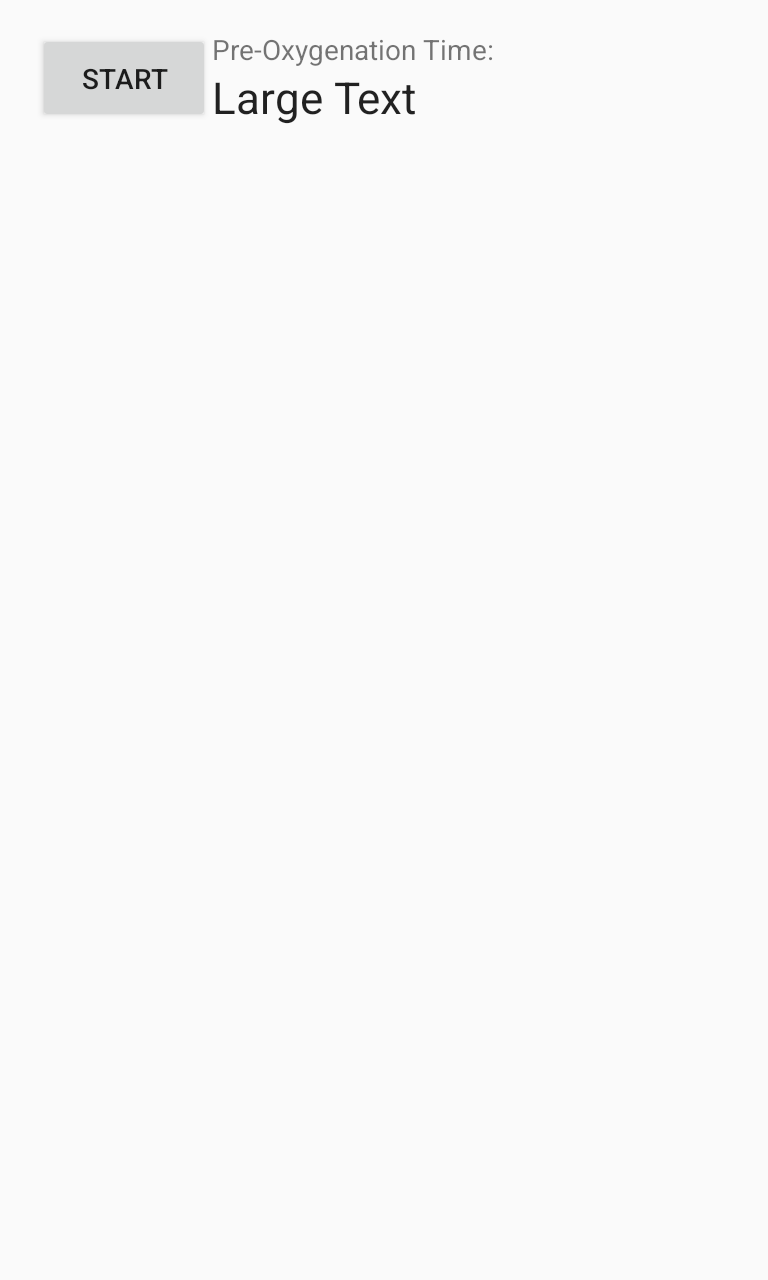
Repository: bentaylor42/RSIReady
Layout: RSIReady/res/layout/fragment_preo2_clock.xml
The author's editor kept a copy of each file at every save. The layout is drawn from the files as they stood at one save, then again after the next save.
It is drawn on a 768 x 1280 px phone screen (xhdpi) without system bars, with theme AppTheme; the app's code is not run.

Above is the layout before, as saved 2014-08-10 14:23:32.

After the next save:
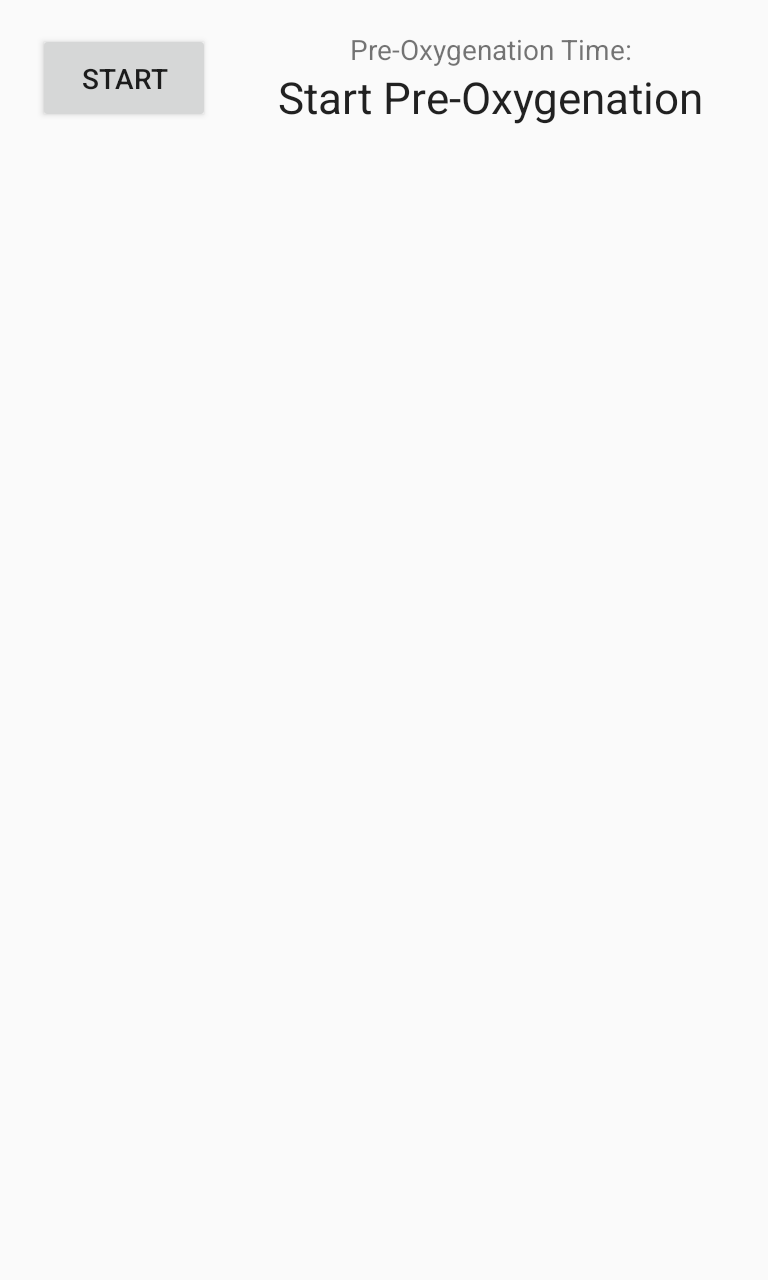
Saved 2 min 0 s later.
--- a/RSIReady/res/layout/fragment_preo2_clock.xml
+++ b/RSIReady/res/layout/fragment_preo2_clock.xml
@@ -1,9 +1,7 @@
 <?xml version="1.0" encoding="utf-8"?>
 <RelativeLayout xmlns:android="http://schemas.android.com/apk/res/android"
     android:layout_width="match_parent"
-    android:layout_height="match_parent"
-
->
+    android:layout_height="120dp" >
 
     <Button
         android:id="@+id/button1"
@@ -24,6 +22,7 @@
         android:layout_alignTop="@+id/button1"
         android:layout_centerVertical="true"
         android:layout_toRightOf="@+id/button1"
+        android:gravity="center"
         android:text="@string/preo2_header" />
 
     <TextView
@@ -32,7 +31,9 @@
         android:layout_height="wrap_content"
         android:layout_alignBottom="@+id/button1"
         android:layout_alignLeft="@+id/textView1"
-        android:text="Large Text"
+        android:layout_alignParentRight="true"
+        android:gravity="center"
+        android:text="@string/click_start_preo2"
         android:textAppearance="?android:attr/textAppearanceLarge" />
 
 </RelativeLayout>
